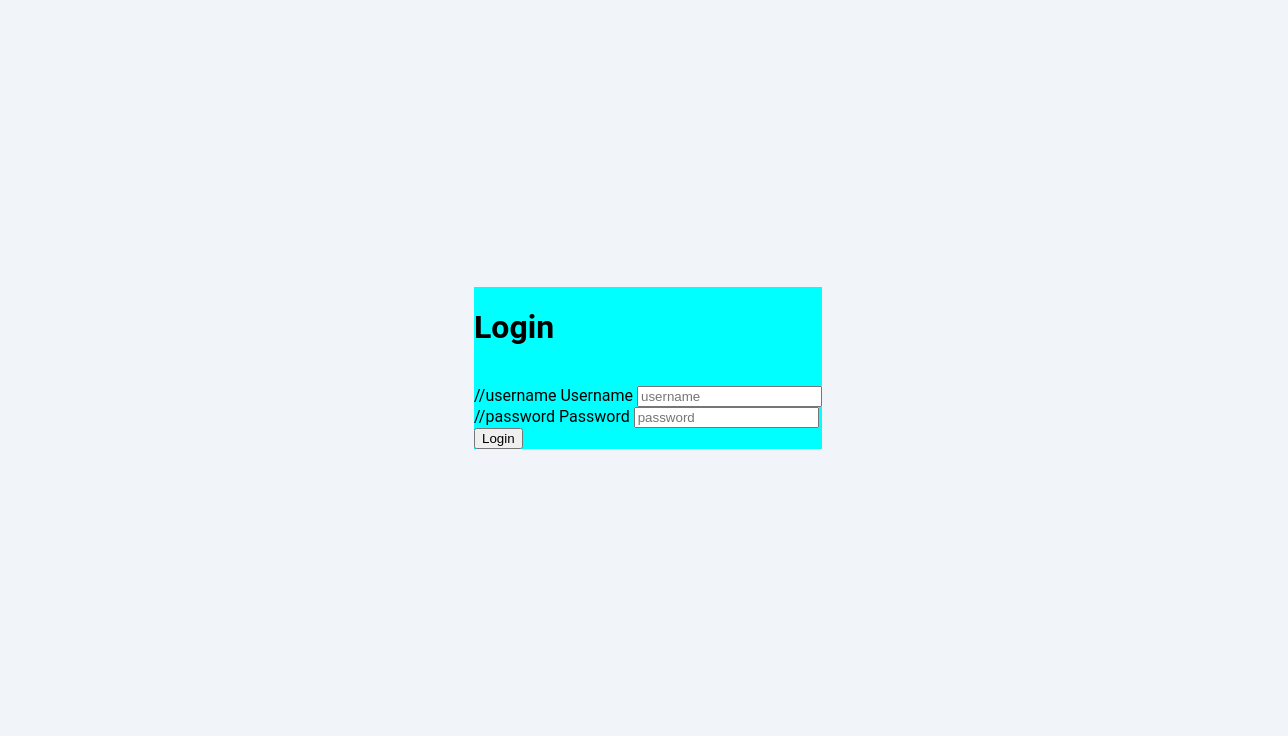
Repository: musdalifahzahra/Projek-Akhir-PWD-2026
Page: http://localhost/1-login.php
An editor plug-in stored every save of this project. The page is shown before and after the next save, followed by the edit.
The browser window is 1280 px wide. The page is 1288 px wide, so the pictures cover 1288 px, including what lies to the right of the window. The pictures show the whole page.
The page is run by PHP 8.4 with error messages shown; the project is at /var/www/html/.

Above is the page before, as saved 2026-04-10 20:30:24.

After the next save:
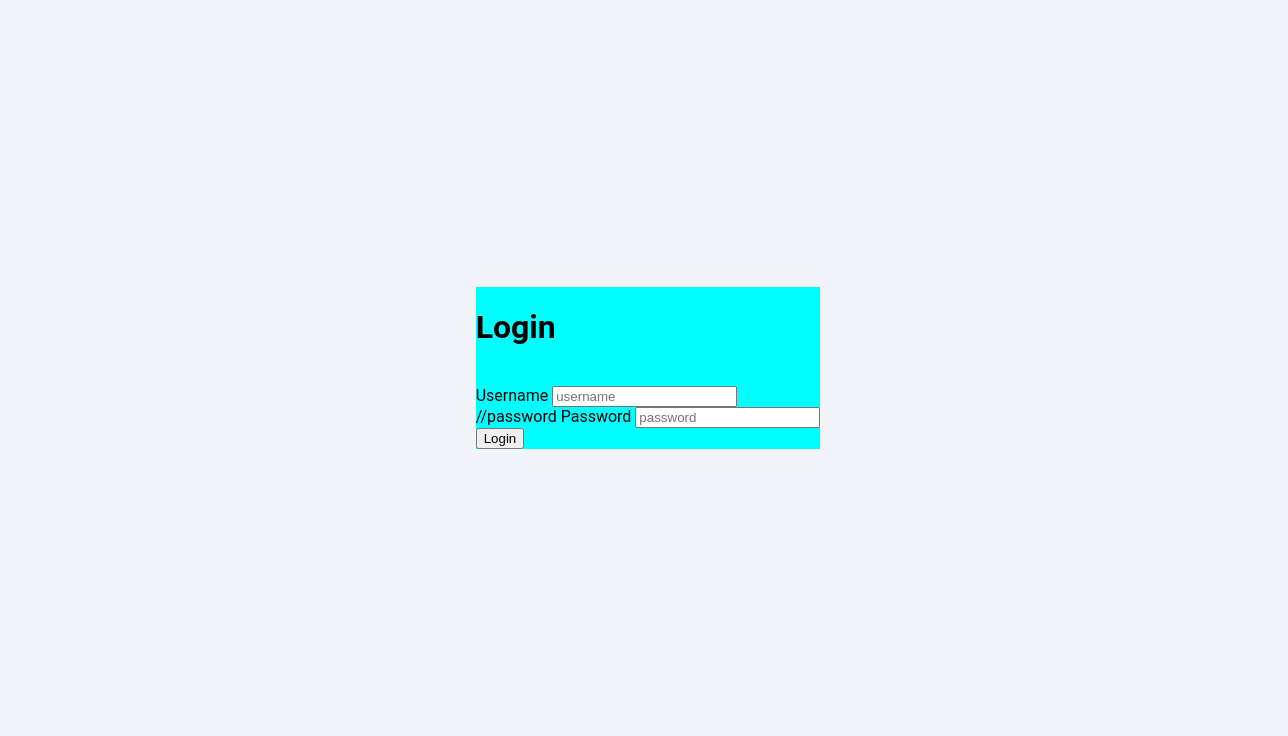
Saved 23 s later.
--- a/1-login.php
+++ b/1-login.php
@@ -34,7 +34,7 @@ if ($_SERVER["REQUEST_METHOD"] == "POST") {
         <h1>Login</h1> <br>
         <div class="form_login">
             <form action="2-dashboard.php" method="post">
-                //username
+                <!-- username -->
                 <label for="username">Username</label>
                 <input type="text" name="username" id="username" placeholder="username"><br>
                 //password
